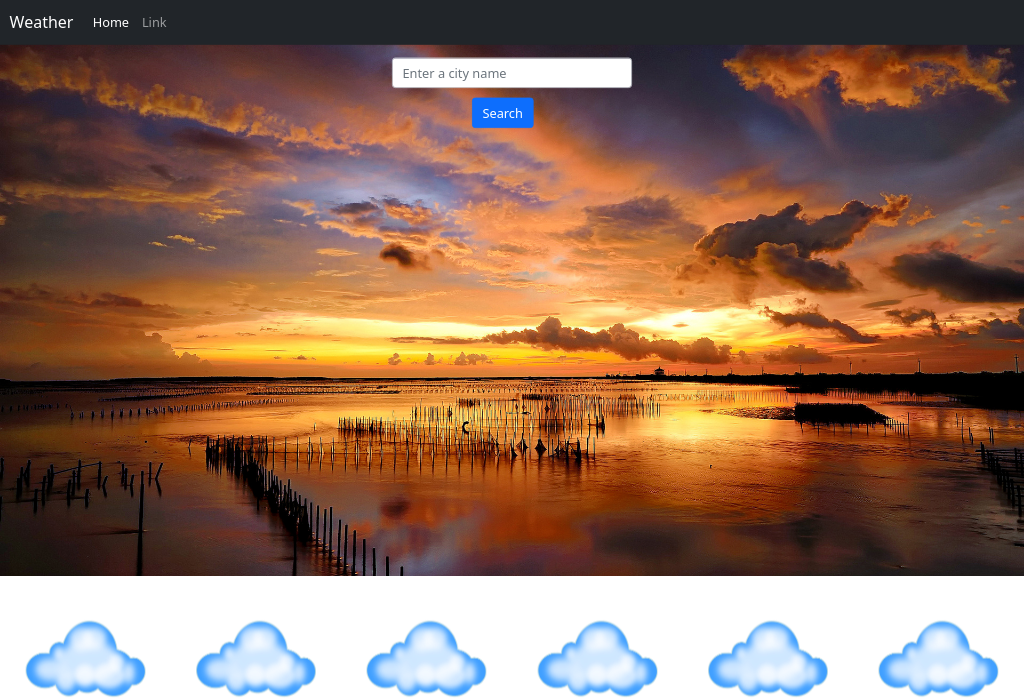
Repository: rohitbharti258/Project_Weather_finder
Page: index.html
These files come from the project's save history. The page is drawn as it stood at one moment and after the next save; the edit follows.
The browser window is 1280 px wide. The pictures show the whole page, at 80% of full size.

Above is the page before, as saved 2022-02-28 13:01:18.

### index.html
<!DOCTYPE html>
<html lang="en">

<head>
    <meta charset="UTF-8">
    <meta http-equiv="X-UA-Compatible" content="IE=edge">
    <meta name="viewport" content="width=device-width, initial-scale=1.0">
    <title>Weather App</title>
    <link rel="stylesheet" href="style.css">
    <link href="https://cdn.jsdelivr.net/npm/bootstrap@5.1.3/dist/css/bootstrap.min.css" rel="stylesheet"
        integrity="sha384-1BmE4kWBq78iYhFldvKuhfTAU6auU8tT94WrHftjDbrCEXSU1oBoqyl2QvZ6jIW3" crossorigin="anonymous">
</head>

<body>
    <nav class="navbar navbar-expand-lg navbar-dark bg-dark">
        <div class="container-fluid">
            <a class="navbar-brand" href="#">Weather</a>
            <button class="navbar-toggler" type="button" data-bs-toggle="collapse"
                data-bs-target="#navbarSupportedContent" aria-controls="navbarSupportedContent" aria-expanded="false"
                aria-label="Toggle navigation">
                <span class="navbar-toggler-icon"></span>
            </button>
            <div class="collapse navbar-collapse" id="navbarSupportedContent">
                <ul class="navbar-nav me-auto mb-2 mb-lg-0">
                    <li class="nav-item">
                        <a class="nav-link active" aria-current="page" href="#">Home</a>
                    </li>
                    <li class="nav-item">
                        <a class="nav-link" href="#">Link</a>
                    </li>
                </ul>
            </div>
        </div>
    </nav>
    <div class="cloud">
        <img src="./cloud.png" alt="" srcset="">
        <img src="./cloud.png" alt="" srcset="">
        <img src="./cloud.png" alt="" srcset="">
        <img src="./cloud.png" alt="" srcset="">
        <img src="./cloud.png" alt="" srcset="">
        <img src="./cloud.png" alt="" srcset="">
    </div>
    <div class="container my-3">
        <div class="form">
        <!-- <form class="row g-3 ">  -->
            <div class="col-auto" style="width: 300px;">
                <input type="text" class="form-control" id="inputPassword2" placeholder="Enter a city name">
            </div>
            <div class="col-auto">
                <button type="submit" class="btn btn-primary mb-3">Search</button>
            </div>
        <!-- </form> -->
        </div>
    <!-- </div> -->
    <div class="weatherBox">

    </div>
    </div>
    <script src="index.js"></script>
    <!-- <script src="https://cdn.jsdelivr.net/npm/@popperjs/core@2.10.2/dist/umd/popper.min.js"
        integrity="sha384-7+zCNj/IqJ95wo16oMtfsKbZ9ccEh31eOz1HGyDuCQ6wgnyJNSYdrPa03rtR1zdB"
        crossorigin="anonymous"></script>
    <script src="https://cdn.jsdelivr.net/npm/bootstrap@5.1.3/dist/js/bootstrap.min.js"
        integrity="sha384-QJHtvGhmr9XOIpI6YVutG+2QOK9T+ZnN4kzFN1RtK3zEFEIsxhlmWl5/YESvpZ13"
        crossorigin="anonymous"></script>
    <script type="module" src="https://unpkg.com/ionicons@5.5.2/dist/ionicons/ionicons.esm.js"></script>
    <script nomodule src="https://unpkg.com/ionicons@5.5.2/dist/ionicons/ionicons.js"></script> -->
</body>

<!-- // <img src="https://img.icons8.com/color/48/000000/wet.png"/>
// <img src="https://img.icons8.com/color/48/000000/partly-cloudy-day--v1.png"/>
// <img src="https://img.icons8.com/color/48/000000/rain--v2.png"/>  -->


</html>

### style.css
body {
    /* background:linear-gradient(180deg,#5959b3 0%,skyBlue 100%); */
    background: url("./img/bgimg.jpg");
    /* background: url("https://cdn.wallpapersafari.com/43/51/iQEfDy.jpg"); */
    background-repeat: no-repeat;
    background-size: cover;
    width: 100vw;
    height: 100vh;
}

.form {
    width: 300px;
    margin: 0 auto;
}
.cloud{
    display: flex;
    justify-content: space-around;
    align-items: center;
    position: absolute;
    /* bottom:10px; */
    min-width:100%;
    animation: cloud 7s linear infinite;
}
@keyframes cloud {
    0%{
        transform: translateY(10px);
    }
    100%{
        transform: translateY(1000px);
    }
}
.cloud img{
    width:150px;
    height:100px;
}
.weatherBox {
    margin-left: 120px;
    width: 235px;
    height: 300px;
    margin: 0 auto;
    z-index: 1000;
}

.Box {
    display: flex;
    flex-direction: column;
    width: 100%;
    box-shadow: 0px 20px 20px rgba(255, 255, 255, 0.3);
    height: 100%;
    /* border:2px solid; */
    /* border-color: linear-gradient(red,blue); */
    border-radius: 10px;
}

.temp {
    margin-bottom: 15px;
    display: flex;
    justify-content: space-around;
    flex-direction: column;
    float: right;
    font-size: 13px;
    position: absolute;
    right: 40px;
    font-family: -apple-system, BlinkMacSystemFont, 'Segoe UI', Roboto, Oxygen, Ubuntu, Cantarell, 'Open Sans', 'Helvetica Neue', sans-serif;
}

.tempNow {
    text-align: center;
}

.minmax {
    display: flex;
    justify-content: center;
    /* display: none; */
}

.minmax :first-child {
    margin-right: 5px;
}

.cardBox {
    /* border: 2px solid red; */
    width: 100%;
    height: 100%;
    position: relative;
    display: flex;
    justify-content: center;
    align-items: center;
    z-index: 10;
    background: linear-gradient( 135deg, #2196f3, #00bcd4);
    /* border-radius: 20px; */
    /* border-bottom: 2px solid red; */
}

.content {
    width: 100%;
    height: 170px;
    /* border: 1px solid green; */
    /* border: 1px solid #009688; */
    /* border-radius: 20px; */
    border-top: none;
    padding: 30px;
    position: relative;
    backdrop-filter: blur(10px);
    background: linear-gradient( 45deg, black, transparent);
}


/* .content::before{
    content: "";
    position: absolute;
    top: -15px;
    width: 16px;
    left: -1px;
    z-index: 1;
    background: linear-gradient(45deg,black,transparent);
        backdrop-filter:blur(10px);
    height: 16px; */


/* } */


/* .content::after{
    content: "";
    position: absolute;
    top: -12px;
    width: 1px;
    right: -1px; background:#009688;
    height: 10px;
} */

.location {
    display: flex;
    justify-content: space-between;
}

.weather {
    display: flex;
    justify-content: space-between;
}

img {
    width: 22px;
    height: 22px;
}

span p {
    text-align: center;
}

.cardinfo {
    width: 350px;
    display: flex;
}

.date {
    position: absolute;
    top: 0;
    right: 10px;
}

.name {
    position: absolute;
    top: 0;
    left: 10px;
}

.cloudinfo img {
    width: 68px;
    height: 68px;
}

.cloudinfo p {
    font-size: 13px;
    color: rgb(15, 7, 7);
    text-align: center;
}

.content span {
    text-align: center;
}

span p {
    font-size: 10px;
    color: white;
    text-align: center;
    display: flex;
    flex-direction: column;
    align-items: center;
    margin: 0;
}

.form :nth-child(2) {
    margin: 12px auto;
    width: 100px;
}

### index.js
console.log("Weather app")
const btn = document.querySelector(".btn");
const input = document.querySelector(".form-control");
const api = "51d41d6f1c399b2abc7a3fcbfbb057c7";
const weatherBox = document.querySelector(".weatherBox")
let city = "";
const arr = ["Jan", "Feb", "Mar", "Apr", "May", "Jun", "Jul", "Aug", "Sep", "Oct", "Nov", "Dec"];
btn.addEventListener("click", (e) => {
    console.log(e);
    e.preventDefault();
    let str2 = ""
    city = input.value;
    console.log(city)
    input.value = ""
    const xhr = new XMLHttpRequest();
    xhr.open("GET", `https://api.openweathermap.org/data/2.5/weather?q=${city}&appid=${api}`, true);

    xhr.onload = function() {
        let obj = JSON.parse(this.responseText);
        console.log(obj.cod)
        if (obj.cod === 429) {
            str2 += obj.message;
            weatherBox.innerHTML = str2;
        } else
        if (this.status == 200) {

            let ob = [];
            // console.log(ob.push(...obj))/
            let cardbox = document.querySelector(".cardBox");
            let content = document.querySelector(".content")
            str = "";
            str2 = "";
            let sunrise = displayEndtime(obj.sys.sunrise);
            let sunset = displayEndtime(obj.sys.sunset);
            let date = displayDay();
            let c = `&#8451`;
            if (obj.cod == "404") {

            } else {
                str += `
            <div class="Box">
                <div class="cardBox">
                    <div class="cloudinfo">
                      <img src=${"./img/"}${obj.weather[0].main}${".png"}>
                      <p>${obj.weather[0].main}${" | "}${"Feels like "}${(obj.main.feels_like-273).toFixed(0)}${c}</p>
                    </div>
                    <div class="name">
                       <span>${obj.name}${" ,"}${obj.sys.country}</span>
                    </div>
                    <div class="date">
                       <p>${date}</p>
                    </div>
                    <div class="temp">
                        <span class="tempNow">${(obj.main.temp -273.15).toFixed(0)}${c}</span>
                        <div class="minmax">
                           <span class="mintemp">${(obj.main.temp_min-273.15).toFixed(0)}${c}</span>
                           <span class="maxtemp">${(obj.main.temp_max-273.15).toFixed(0)}${c}</span>
                        </div>
                    </div>
                </div>
                <div class="content">
                    <div class="weather">
                        <span class="humidity"><img src="./img/blur.png"/>
                           <p>${obj.main.humidity}${"%"}</p>
                           <p>Humidity</p>
                        </span>
                        <span class="wind"><img src="./img/wind.png"/>
                           <p>${obj.wind.speed}${"m/s"}</p>
                           <p>Wind</p>
                        </span>
                        <span class="sunrise"> <img src="./img/sunrise.png"/>
                           <p>${sunrise}</p>
                           <p>Sunrise</p>
                        </span>
                    </div>
                    <div class="location">
                        <span class="lat">  <img src="./img/latitude.png"/>
                          <p>${obj.coord.lat.toFixed(2)}</p>
                          <p>Latitude</p>
                        </span>
                        <span class="lon"> <img src="./img/longitude.png"/>
                          <p>${obj.coord.lon.toFixed(2)}</p><p>Longitude</p></span>
                        <span class="sunrise"><img src="./img/sunset.png"/>
                          <p>${sunset}</p>
                          <p>Sunset</p>
                        </span>
                    </div>
                </div>
            </div>`;
                weatherBox.innerHTML = str;
                // console.log(str);
            }
        } else {
            console.log("error");
            str2 += "City not found";
            weatherBox.innerHTML = str2;
        }
    }
    xhr.send();
});

function displayEndtime(tstamp) {
    const end = new Date(tstamp);

    const hour = end.getHours();
    const min = end.getMinutes();
    const dis = `${hour > 12 ? hour - 12 : hour}:${min < 10 ? "0" : ""}${min}`;
    return dis;
}

function displayDay() {
    const end = new Date();

    const date = end.getDate();
    const mon = end.getMonth();
    const dis = `${arr[mon]}${","}${date}`;
    return dis;
}

After the next save:
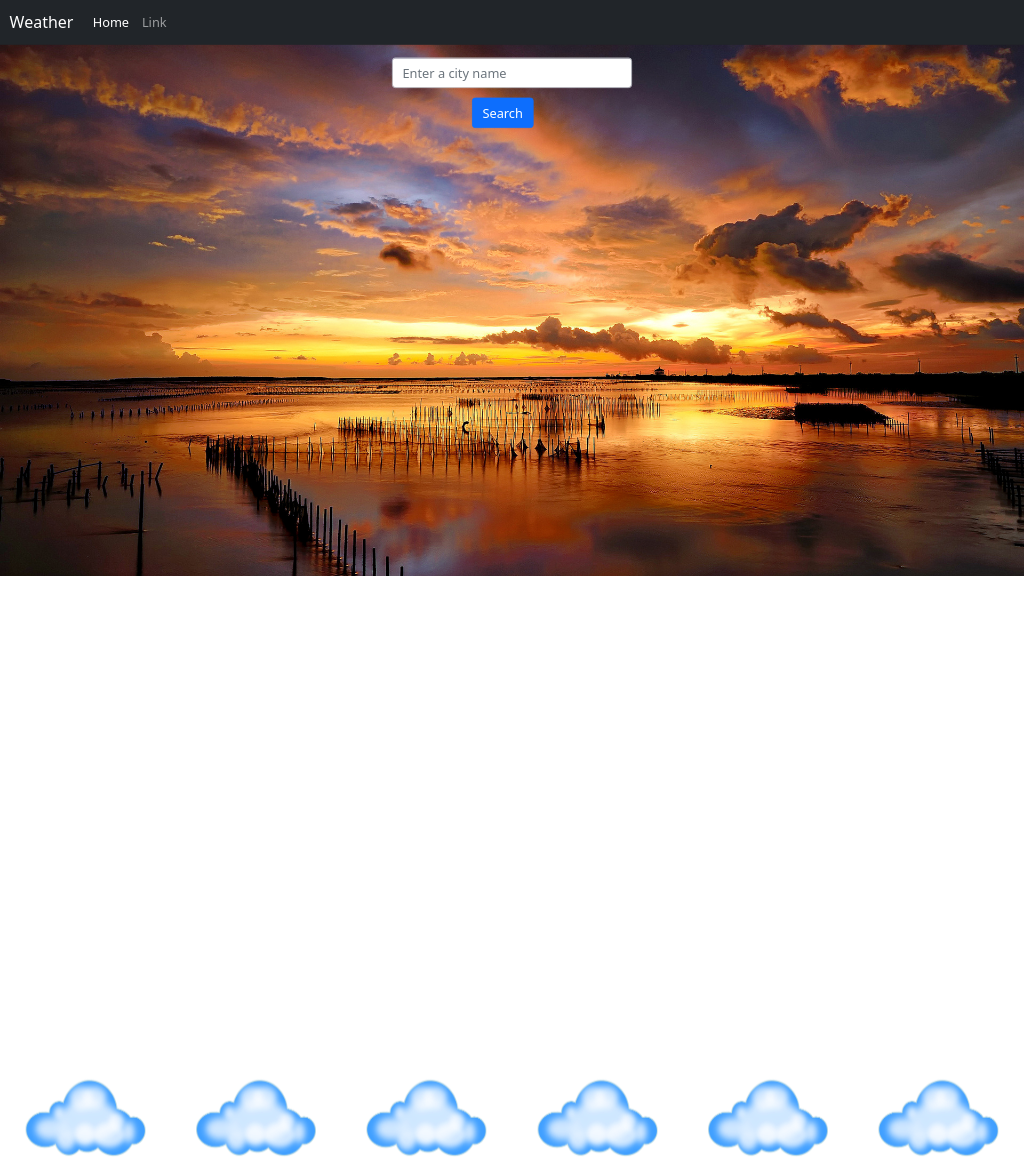
Saved 18 s later.
--- a/style.css
+++ b/style.css
@@ -17,7 +17,7 @@ body {
     justify-content: space-around;
     align-items: center;
     position: absolute;
-    /* bottom:10px; */
+    bottom:-10px;
     min-width:100%;
     animation: cloud 7s linear infinite;
 }
